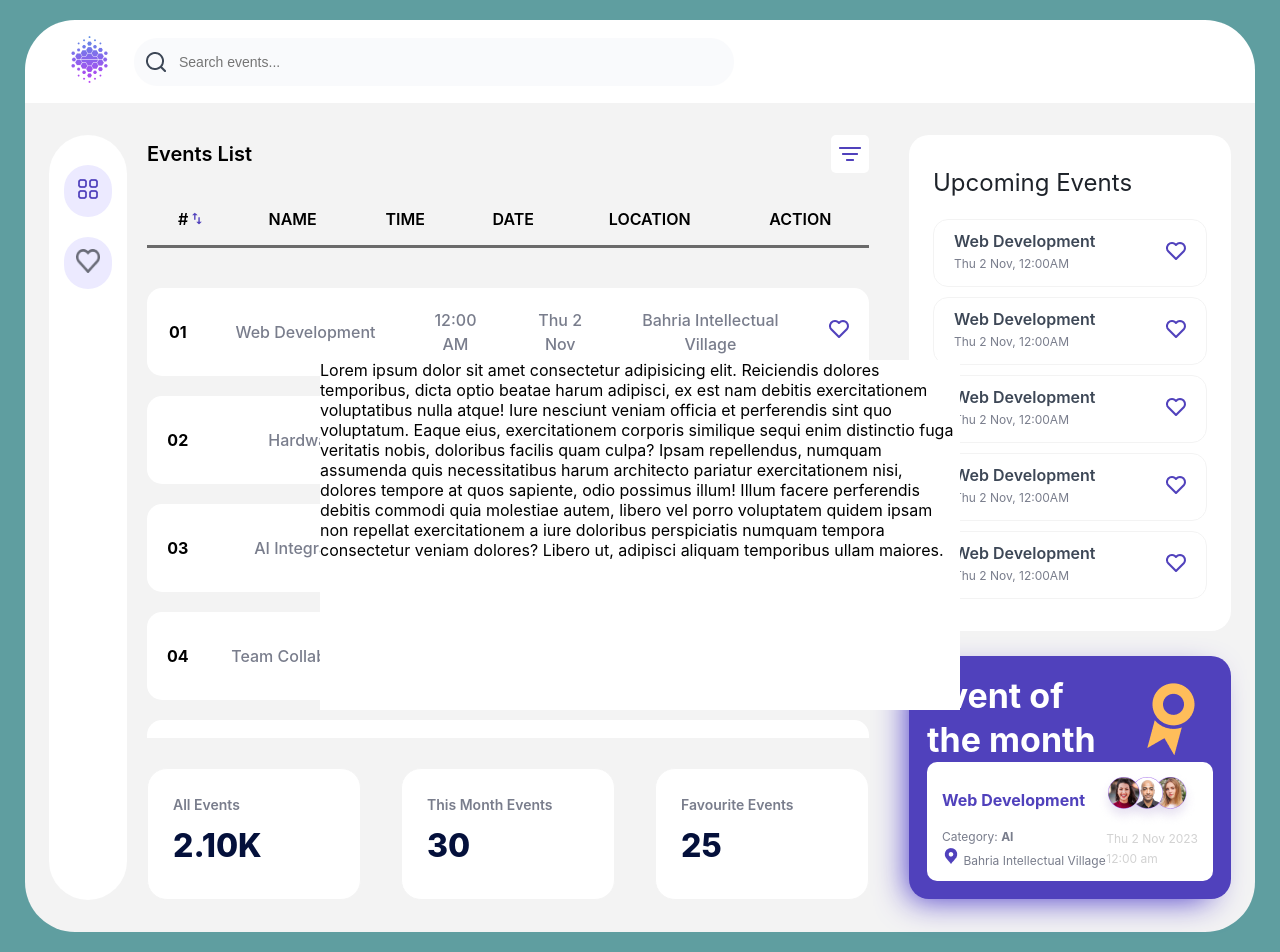
Repository: ahmadunitedsol710/react-dashboard
Page: /, after clicking the first element matching `tr.body_row`
These files come from the project's save history. The page is drawn as it stood at one moment and after the next save; the edit follows.
The browser window is 1280 px wide. The pictures show the whole page.
An inner scrolling area shows only its first screen. The project was rebuilt for these pictures with package versions that can differ from the ones it lists, and the page was loaded fresh each time.

Above is the page before, as saved 2024-08-02 09:22:05.

### src/App.js
// import {BrowserRouter as Router, Routes, Route} from 'react-router-dom';
import Header from './Components/Header/index';
import Events from './Components/Body/Events';
import './App.css';

function App() {
  return (
    <div className="App container">
    {/* <Router>
      <Routes>
          <Route path="/" exact element={<Header/>}/>
      </Routes>
    </Router> */}
    <Header/>
    <Events/>
    </div>
  );
}

export default App;

### src/Components/Header/index.js
import '../../App.css';
import logo from '../../Images/logo.png'

const Index = () => {

    return (
        <>
            <div className="header">
                <div className="logo">
                    <img src={logo} alt="logo" />
                </div>
                <div className="search_box">
                    <input type="search"  name="search" placeholder='Search events...' className='srch'/>
                </div>
            </div>
        </>
    )
}

export default Index;

### src/Components/Body/Events.js
import '../../App.css';
import Sidebar from './Sidebar';
import List from './Eventlist';
import Upcommingevent from './Upcomingevent';
import Monthlyevent from './Monthlyevent'
import { useEffect, useState } from 'react';

const Events = () => {
    const [showfav, setshowfav] = useState(false)
    const tabledata = [
        {id:"01",name:"Web Development",time:'12:00 AM',date:"Thu 2 Nov",location:"Bahria Intellectual Village"},

        {id:"02",name:"Hardware",time:'12:00 AM',date:"Thu 2 Nov",location:"Bahria Intellectual Village"},

        {id:"03",name:"AI Integration",time:'02:00 AM',date:"Thu 2 Nov",location:"Bahria Intellectual Village"},

        {id:"04",name:"Team Collaboration",time:'04:00 PM',date:"Thu 2 Nov",location:"Bahria Intellectual Village"},

        {id:"05",name:"Front End Development",time:'06:00 PM',date:"Thu 2 Nov",location:"Bahria Intellectual Village"},

        {id:"06",name:"Front End Development",time:'06:00 PM',date:"Thu 2 Nov",location:"Bahria Intellectual Village"},

        {id:"07",name:"Front End Development",time:'06:00 PM',date:"Thu 2 Nov",location:"Bahria Intellectual Village"},

        {id:"08",name:"Front End Development",time:'06:00 PM',date:"Thu 2 Nov",location:"Bahria Intellectual Village"}
   ]

   const [storedData, setStoredData] = useState([])
   useEffect(()=>{
    setStoredData(localStorage.getItem("favourite") ? JSON.parse([localStorage.getItem("favourite")]) : [])
   }, [])

   const eventdata = [
    {id:1, name:"Web Development",date_time:'Thu 2 Nov, 12:00AM'},
    {id:2, name:"Web Development",date_time:'Thu 2 Nov, 12:00AM'},
    {id:3, name:"Web Development",date_time:'Thu 2 Nov, 12:00AM'},
    {id:4, name:"Web Development",date_time:'Thu 2 Nov, 12:00AM'},
    {id:5, name:"Web Development",date_time:'Thu 2 Nov, 12:00AM'},
    {id:6, name:"Web Development",date_time:'Thu 2 Nov, 12:00AM'},
    {id:7, name:"Web Development",date_time:'Thu 2 Nov, 12:00AM'},
    {id:8, name:"Web Development",date_time:'Thu 2 Nov, 12:00AM'},
    {id:9, name:"Web Development",date_time:'Thu 2 Nov, 12:00AM'}
]

   const [storedList, setStoredList] = useState([])
   useEffect(()=>{
    setStoredList(localStorage.getItem("list") ? JSON.parse([localStorage.getItem("list")]) : [])
   }, [])



    return (
        <>
            <div className="events">
                <div className='parent_block'>
                    <Sidebar setshowfav={setshowfav}/>
                    <List showfav={showfav} favdata={storedData} tabledata={tabledata} setStoredData={setStoredData}/>

                     <div className='child_block'>
                        <Upcommingevent showfav={showfav} favdata={storedList} eventdata={eventdata} setStoredList={setStoredList}/>
                        {!showfav && <Monthlyevent/> }
                    </div>

                </div>
            </div>
        </>
    )
}

export default Events;

### src/App.css
body {
  background-color: cadetblue;
}

.container {
  max-width: 1440px;
  margin: 20px auto;
  padding: 0 25px;
  box-sizing: border-box;
}

.App-logo {
  height: 40vmin;
  pointer-events: none;
}

@media (prefers-reduced-motion: no-preference) {
  .App-logo {
    animation: App-logo-spin infinite 20s linear;
  }
}

.App-header {
  background-color: #282c34;
  min-height: 100vh;
  display: flex;
  flex-direction: column;
  align-items: center;
  justify-content: center;
  font-size: calc(10px + 2vmin);
  color: white;
}

.App-link {
  color: #61dafb;
}

@keyframes App-logo-spin {
  from {
    transform: rotate(0deg);
  }
  to {
    transform: rotate(360deg);
  }
}

::-webkit-scrollbar {
  width: 5px;
}

/* Track */
::-webkit-scrollbar-track {
  box-shadow: inset 0 0 5px grey;
  border-radius: 10px;
}

/* Handle */
::-webkit-scrollbar-thumb {
  background: #D9D9D9;
  border-radius: 10px;
}

/* Handle on hover */
::-webkit-scrollbar-thumb:hover {
  background: #6e6e6e;
}


/* Header */
.header { display: flex; justify-content: center; align-items: center; gap: 20px; background-color: #ffffff; padding: 15px 40px; border-radius: 50px 50px 0 0; }

.header .search_box { position: relative; width: 100%; }

.header .search_box .srch { background-image: url(./Images/Search.png); background-repeat: no-repeat; background-color: #F9FAFC; background-position: 10px center; border: none; padding: 13px 45px; width: 600px; border-radius: 50px; font-size: 14px; font-weight: 400; color: #3D4756; line-height: 22px; }


/* Events */
.events { background-color: #f3f3f3; padding: 32px 24px; box-sizing: border-box; border-radius: 0 0 50px 50px; }

.events .parent_block { display: flex; gap: 20px; justify-content: space-between; }

.events .parent_block .child_block { max-width: 380px; width: 100%; }

/* Sidebar */
.sidebar { display: flex; flex-direction: column; background-color: #ffffff; max-width: 80px; padding: 30px 15px; box-sizing: border-box; border-radius: 40px; }

.image { background-color: #ECEAFF; margin-bottom: 20px; border-radius: 25px; }

.sidebar_img { width: 24px; height: 24px; padding: 12px; }

/* Event list */
.event_details { /*max-width: 850px; */ width: calc(100% - 460px); }

.event_details .evenlist .main { display: flex; justify-content: space-between; align-items: center; }

.event_details .evenlist .main .heading { font-size: 20px; font-weight: 600; line-height: 30px; margin: 0; }

.event_details .evenlist .main .filter { background-color: #ffffff; padding: 5px; border-radius: 5px; box-sizing: border-box; }

table { border-collapse: separate; border-spacing: 0 20px;  width: 100%}

.tbody_container { overflow-y: auto; max-height: 470px; }

th { text-align: center; font-size: 16px; font-weight: 600; line-height: 22px; padding: 15px 20px; box-sizing: border-box; border-bottom: 3px solid #6a6a6a; }

.index { font-size: 16px; font-weight: bolder; line-height: 24px; }

.body_row td { background-color: #ffffff; padding: 20px; text-align: center; }

.body_row td:first-child { border-radius: 15px 0 0 15px; }

.body_row td:last-child { border-radius: 0 15px 15px 0; }

.body_row .details { font-size: 16px; font-weight: 500; line-height: 24px; color: #797d8c; }

.cards { display: flex; align-items: center; gap: 40px; margin-top: 30px; }

.cards .all_events, .cards .this_month, .cards .fav_events { background-color: #ffffff; border-radius: 20px; border: 1px solid #f3f3f3; width: 260px; padding: 25px 25px 33px; box-sizing: border-box; }

.cards .text { color: #797d8c; font-size: 14px; font-weight: 600; line-height: 22px; margin: 0; }

.cards .title { font-size: 32px; line-height: 40px; font-weight: 800; margin: 10px 0 0; color: #04103b; }



/* Upcoming events */
.upcomingevents { background-color: #ffffff; border-radius: 20px; padding: 32px 24px; box-sizing: border-box; }

.upcomingevents .title { font-size: 24px; line-height: 32px; font-weight: 400; color: #1e232a; margin: 0 0 20px; }

.upcomingevents .events_list { margin: 0; padding: 0; height: 380px; overflow-y: auto; }

.upcomingevents .events_list .event { border: 1px solid #f3f3f3; list-style-type: none; border-radius: 15px; padding: 10px 20px; display: flex; align-items: center; justify-content: space-between; margin-bottom: 10px; }

.upcomingevents .events_list .event:last-child { margin-bottom: 0; }

.upcomingevents .events_list .event .event_title { font-size: 16px; font-weight: 600; line-height: 22px; color: #3d4756; margin: 0; }

.upcomingevents .events_list .event .event_date_time { font-size: 12px; font-weight: 400; line-height: 24px; color: #797D8C; margin: 0; }


/* Monthly event */
.monthly_event { background-color: #5041bc; color: #ffffff; padding: 18px; box-sizing: border-box; border-radius: 20px; margin-top: 25px; box-shadow: -10px 10px 33px -10px #4533C9; }

.monthly_event .upper_part { display: flex; justify-content: space-between; align-items: center; }

.monthly_event .upper_part .heading { max-width: 180px; margin: 0; font-size: 34px; font-weight: 700; line-height: 44px; }

.bottom_part { background-color: #ffffff; color: #5041BC; border-radius: 10px; padding: 10px 15px; }

.bottom_part .first_row, .bottom_part .second_row { display: flex; justify-content: space-between; align-items: center; }

.bottom_part .first_row .course_title { margin: 0; font-size: 16px; font-weight: 700; line-height: 26px; }

.bottom_part .second_row { font-size: 12px; font-weight: 400; line-height: 20px; }

.bottom_part .second_row .cat_loc { color: #797D8C; }

.bottom_part .second_row .date_time { color: #D2D2D2; }




/* Detail Popup */
.detailpopup {
  position: absolute;
  background-color: #ffffff;
  transform: translateX(-50%);
  left: 50%;
  top: 50%;
  height: 350px;
}

### src/Components/Body/Sidebar.js
import '../../App.css';
import grid from '../../Images/grid.png';
import favourite from '../../Images/fav.png'

const sidebar = ({setshowfav}) => {

    return (
        <>
            <div className="sidebar">
                <div className="image">
                    <img src={grid} alt="grid" className='sidebar_img' onClick={()=>setshowfav(false)}/>
                </div>
                <div className="image">
                    <img src={favourite} alt="favourite" className='sidebar_img' onClick={()=>setshowfav(true)}/>
                </div>
            </div>
        </>
    )
}

export default sidebar;

### src/Components/Body/Eventlist.js
import '../../App.css';
import swap from '../../Images/swap.png';
import emptyfav from '../../Images/empty_fav.png'
import fillfav from '../../Images/fill_fav.png'
import filter from '../../Images/filter.png'
import { useEffect, useState } from 'react';
import Detailpopup from './Detailpopup';

const Eventlist = ({showfav, favdata, tabledata, setStoredData}) => {
    const [showModal, setShowModal] = useState(false)


    const add_fav = (data) => {
        const isFav = favdata.some(favitem => favitem.id === data.id)

        if (isFav) {
            // setStoredData(favdata.filter(favitem => favitem.id !== data.id));
            const updatedFavData = favdata.filter(favItem => favItem.id !== data.id);
            setStoredData(updatedFavData);
            localStorage.setItem("favourite", JSON.stringify(updatedFavData))

            console.log("else 1")
        }
        else {
            const updatedFavData = [...favdata, data];
            setStoredData(updatedFavData);
            localStorage.setItem("favourite", JSON.stringify(updatedFavData))
            console.log("else 2")
        }
    };

       const all_events = {text:"All Events", title:"2.10K"}
       const this_month = {text:"This Month Events", title:"30"}
       const fav_events = {text:"Favourite Events", title:"25"}
    return (
        <>
            <div className="event_details">
                <div className="evenlist">
                    <div className="main">
                        <h2 className='heading'>Events List</h2>
                        <img src={filter} alt="filter" className='filter' />
                    </div>
                    <div className="table_data">
                        <table className="table">
                            <thead className='table_head'>
                                <tr>
                                    <th># <img src={swap} alt="swap" /> </th>
                                    <th>NAME</th>
                                    <th>TIME</th>
                                    <th>DATE</th>
                                    <th>LOCATION</th>
                                    <th>ACTION</th>
                                </tr>
                            </thead>
                        </table>
                        <div className="tbody_container">
                            <table>
                                <tbody>
                                    {!showfav ? tabledata.map((data)=>(
                                        <tr className='body_row' key={data.id} onClick={()=>setShowModal(true)}>
                                        <td className='index' data-label="index">{data?.id}</td>
                                        <td className='details' data-label="name">{data?.name}</td>
                                        <td className='details' data-label="time">{data?.time}</td>
                                        <td className='details' data-label="date">{data?.date}</td>
                                        <td className='details' data-label="location">{data?.location}</td>
                                        <td className='details' data-label="location"> <img src={favdata.some(favitem => favitem.id === data.id) ? fillfav : emptyfav} alt="favourite"
                                        onClick={()=>add_fav(data)}/></td>
                                    </tr>)) :
                                    favdata.map((data)=>(
                                        <tr className='body_row' key={data.id} onClick={()=>setShowModal(true)}>
                                        <td className='index' data-label="index">{data?.id}</td>
                                        <td className='details' data-label="name">{data?.name}</td>
                                        <td className='details' data-label="time">{data?.time}</td>
                                        <td className='details' data-label="date">{data?.date}</td>
                                        <td className='details' data-label="location">{data?.location}</td>
                                        <td className='details' data-label="location"> <img src={favdata.some(favitem=>favitem.id === data.id) ? fillfav : emptyfav} alt="favourite"
                                        onClick={()=>add_fav(data)}/></td>
                                    </tr>
                                    ))}
                                </tbody>
                            </table>
                        </div>
                    </div>
                </div>

             {!showfav &&   <div className="cards">
                    <div className="all_events">
                        <p className='text'>{all_events.text}</p>
                        <h2 className='title'>{all_events.title}</h2>
                    </div>
                    <div className="this_month">
                        <p className='text'>{this_month.text}</p>
                        <h2 className='title'>{this_month.title}</h2>
                    </div>
                    <div className="fav_events">
                        <p className='text'>{fav_events.text}</p>
                        <h2 className='title'>{fav_events.title}</h2>
                    </div>
                </div>}
            </div>
            {showModal && <Detailpopup/>}
        </>
    )
}

export default Eventlist;

### src/Components/Body/Upcomingevent.js
import emptyfav from '../../Images/empty_fav.png'
import fillfav from '../../Images/fill_fav.png'

const Upcommingevent = ({showfav, eventdata, setStoredList, favdata}) => {

    const add_fav = (list) => {
        const isFav = favdata.some(favitem => favitem.id === list.id)

        if (isFav) {
            const updatedFavData = favdata.filter(favItem => favItem.id !== list.id);
            setStoredList(updatedFavData);
            localStorage.setItem("list", JSON.stringify(updatedFavData))
            console.log("else 1")
        }
        else {
            const updatedFavData = [...favdata, list];
            setStoredList(updatedFavData);
            localStorage.setItem("list", JSON.stringify(updatedFavData))
            console.log("else 2")
        }
    };

    return (
        <>  {/* add multiple tags when use empty tags */}
            <div className="upcomingevents">
                <h2 className="title">Upcoming Events</h2>

                <ul className="events_list">
                    {!showfav ? eventdata.map((list) => (
                        <li className="event" key={list.id}>
                            <div className="title_date_time">
                                <p className="event_title">{list.name}</p>
                                <p className="event_date_time">{list.date_time}</p>
                            </div>
                            <div>
                                <img src={favdata.some(favitem => favitem.id === list.id) ? fillfav : emptyfav} alt="emptyfav"
                                onClick={()=>add_fav(list)}/>
                            </div>
                        </li>
                    )) :
                    favdata.map((list) => (
                        <li className="event" key={list.id}>
                            <div className="title_date_time">
                                <p className="event_title">{list.name}</p>
                                <p className="event_date_time">{list.date_time}</p>
                            </div>
                            <div>
                                <img src={favdata.some(favitem => favitem.id === list.id) ? fillfav : emptyfav} alt="emptyfav"
                                onClick={()=>add_fav(list)}/>
                            </div>
                        </li>
                    ))}
                </ul>
            </div>
        </>
    )

}

export default Upcommingevent;

### src/Components/Body/Monthlyevent.js
import loc from '../../Images/location.png'
import teacher_img from '../../Images/user.png'
import pin from '../../Images/pin.png'


const MonthlyEvent = () => {
    const course_details = {name:"Web Development", image:teacher_img, category:"AI", location:"Bahria Intellectual Village", date:"Thu 2 Nov 2023", time:"12:00 am" }
    return (
        <>
        <div className="monthly_event">
            <div className="upper_part">
                <h1 className="heading">Event of the month</h1>
                <img src={loc} alt="location" />
            </div>

            <div className="bottom_part">
                <div className="first_row">
                    <h3 className='course_title'>{course_details.name}</h3>
                    <img src={course_details.image} alt="teachers" />
                </div>
                <div className="second_row">
                    <div className="cat_loc">
                        <div>Category: <strong>{course_details.category}</strong></div>
                        <div> <img src={pin} alt="pin" />  {course_details.location}</div>
                    </div>
                    <div className="date_time">
                        <div className="date">{course_details.date}</div>
                        <div className="time">{course_details.time}</div>
                    </div>
                </div>
            </div>
        </div>
        </>
    )
}


export default MonthlyEvent;

### src/Components/Body/Detailpopup.js

import pin from '../../Images/pin.png'

const Detailpopup = () => {
    return (
        <>
        <div className="overlay">
            <div className="detailpopup">
                Lorem ipsum dolor sit amet consectetur adipisicing elit. Reiciendis dolores temporibus, dicta optio beatae harum adipisci, ex est nam debitis exercitationem voluptatibus nulla atque! Iure nesciunt veniam officia et perferendis sint quo voluptatum. Eaque eius, exercitationem corporis similique sequi enim distinctio fuga veritatis nobis, doloribus facilis quam culpa? Ipsam repellendus, numquam assumenda quis necessitatibus harum architecto pariatur exercitationem nisi, dolores tempore at quos sapiente, odio possimus illum! Illum facere perferendis debitis commodi quia molestiae autem, libero vel porro voluptatem quidem ipsam non repellat exercitationem a iure doloribus perspiciatis numquam tempora consectetur veniam dolores? Libero ut, adipisci aliquam temporibus ullam maiores.
            </div>
        </div>
        </>
    )
}

export default Detailpopup;

Loaded but not shown: public/index.html (common file); src/index.js (common file); src/index.css (common file); src/reportWebVitals.js (common file)

After the next save:
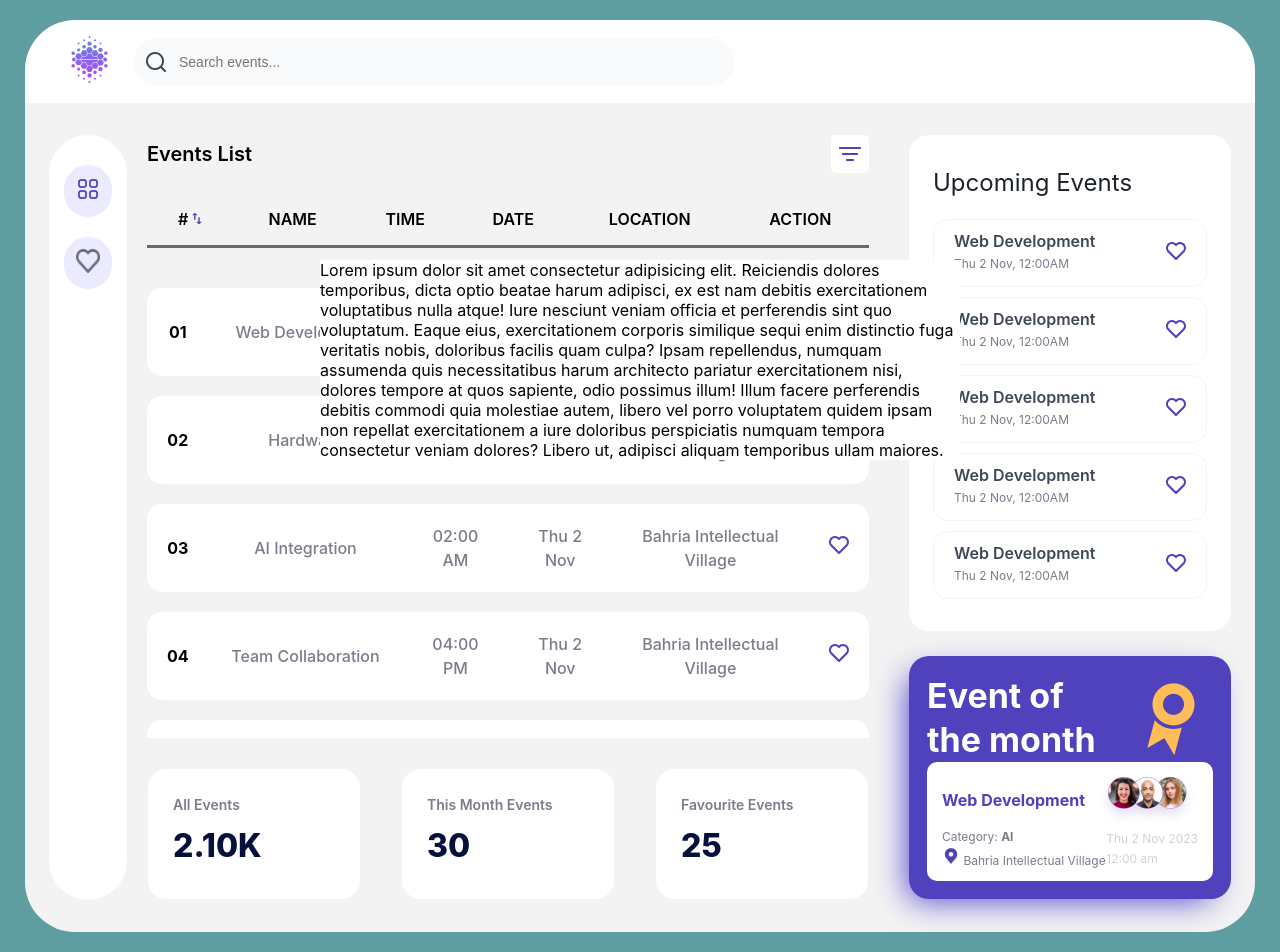
Saved 5 min 18 s later.
--- a/src/App.css
+++ b/src/App.css
@@ -165,8 +165,7 @@ th { text-align: center; font-size: 16px; font-weight: 600; line-height: 22px; p
 .detailpopup {
   position: absolute;
   background-color: #ffffff;
-  transform: translateX(-50%);
+  transform: translate(-50%, -50%);
   left: 50%;
   top: 50%;
-  height: 350px;
 }
